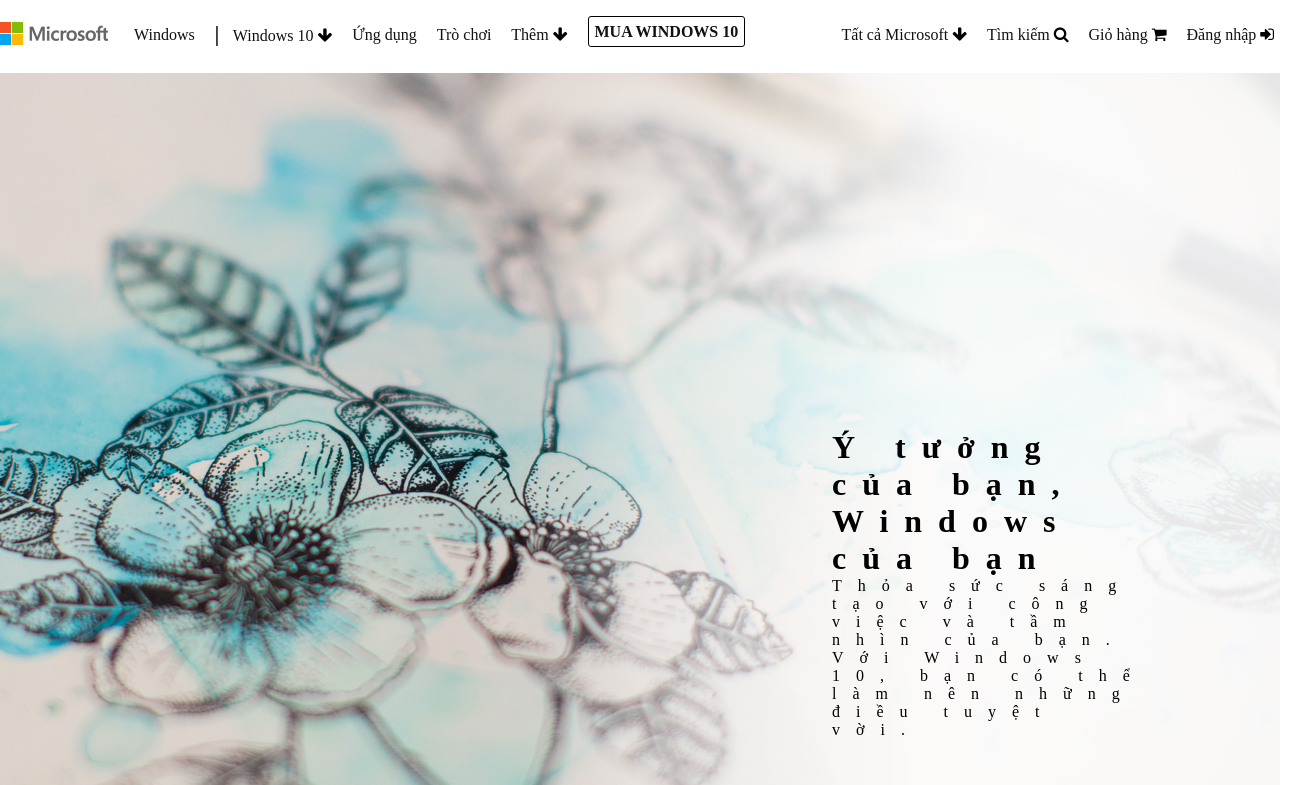
Repository: hoangphuong965/clone-Microsoft---practice
Page: index.html
The author's editor kept a copy of each file at every save. The page is drawn from the files as they stood at one save, then again after the next save.
The browser window is 1280 px wide. The page is 1300 px wide, so the pictures cover 1300 px, including what lies to the right of the window. The pictures show the whole page.

Above is the page before, as saved 2020-06-08 22:46:05.

After the next save:
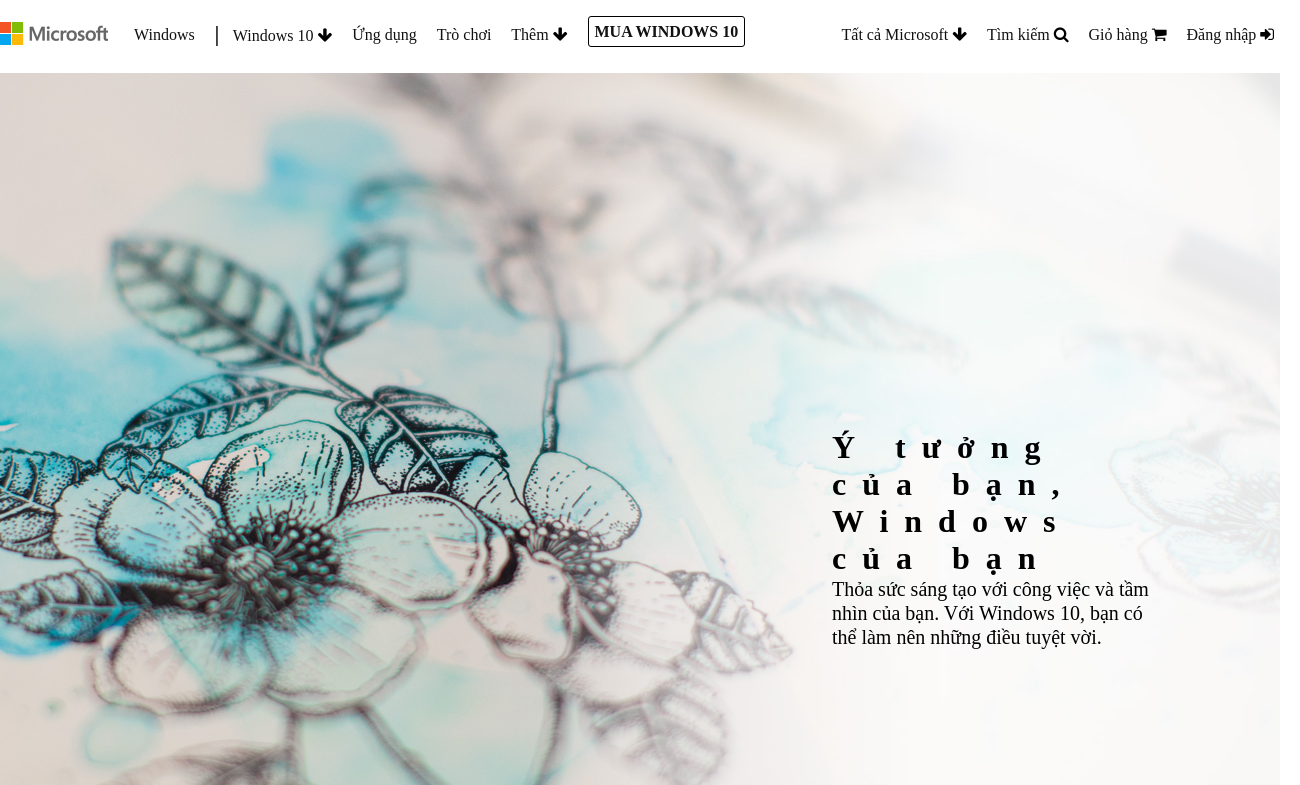
Saved 4 s later.
--- a/style.css
+++ b/style.css
@@ -80,5 +80,6 @@
     letter-spacing: 1rem
 }
 .showcase-text p{
-    letter-spacing: 1rem
+    font-size: 20px;
+    line-height: 24px
 }
